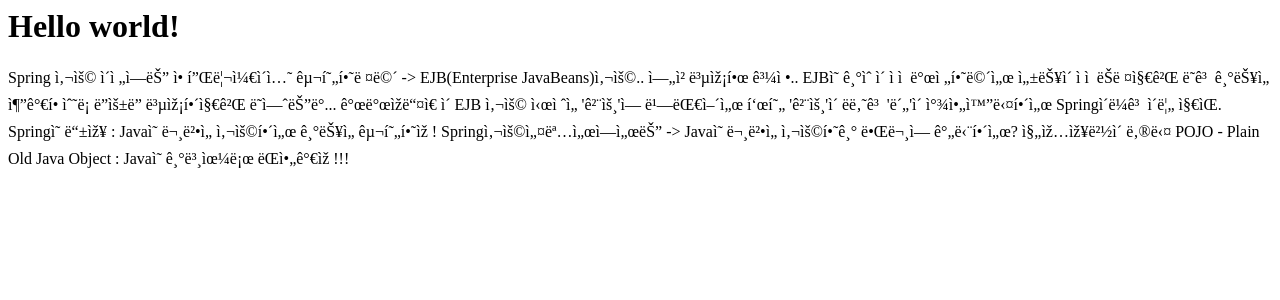
Repository: moondolph/SKKU_IT_Education
Page: http://localhost/Sep29_1_SpringMVC/
An editor plug-in stored every save of this project. The page is shown before and after the next save, followed by the edit.
The browser window is 1280 px wide. The pictures show the whole page.
The page is served by Tomcat 9. Other server files are loaded and not shown.

Above is the page before, as saved 2022-09-29 02:16:42.

### Sep29_1_SpringMVC/src/main/webapp/WEB-INF/views/home.jsp
<%@ taglib uri="http://java.sun.com/jsp/jstl/core" prefix="c" %>
<%@ page session="false" %>
<html>
<head>
	<title>Home</title>
</head>
<body>
<h1>
	Hello world!
</h1>

	Spring 사용 이전에는
	애플리케이션 구현하려면 -> EJB(Enterprise JavaBeans)사용.. 엄청 복잡한 과정..
	EJB의 기술이 점점 발전하면서 성능이 점점 느려지게 되고 기능을 추가할수록 더욱더 복잡해지게 되었는데...
	개발자들은 이 EJB 사용 시절을 '겨울'에 빗대어서 표현
	'겨울'이 끝나고 '봄'이 찾아왔다해서 Spring이라고 이름 지음.

	Spring의 등장 : Java의 문법을 사용해서 기능을 구현하자 !
	Spring사용설명서에서는 -> Java의 문법을 사용하기 때문에 간단해서? 진입장벽이 낮다
	POJO - Plain Old Java Object : Java의 기본으로 돌아가자 !!!


</body>
</html>

After the next save:
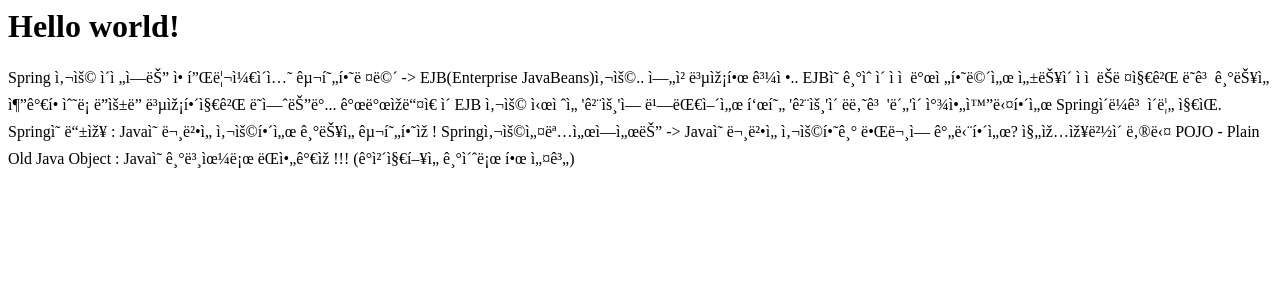
Saved 17 s later.
--- a/Sep29_1_SpringMVC/src/main/webapp/WEB-INF/views/home.jsp
+++ b/Sep29_1_SpringMVC/src/main/webapp/WEB-INF/views/home.jsp
@@ -18,7 +18,7 @@
 	Spring의 등장 : Java의 문법을 사용해서 기능을 구현하자 !
 	Spring사용설명서에서는 -> Java의 문법을 사용하기 때문에 간단해서? 진입장벽이 낮다
 	POJO - Plain Old Java Object : Java의 기본으로 돌아가자 !!!
-
+	(객체지향을 기초로 한 설계)
 
 </body>
 </html>
